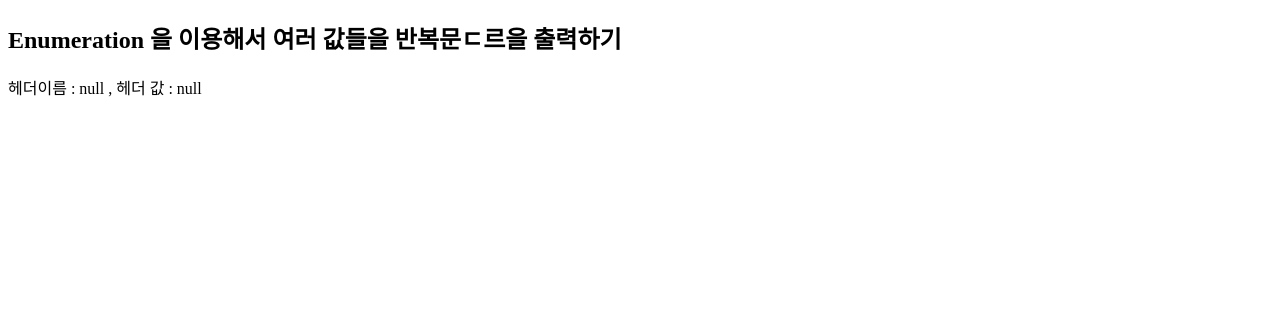
Repository: hodob/JSP_Practice
Page: http://localhost/JSP_WebMarket_JJH/ch05_ex/ex1_1.jsp
The author's editor kept a copy of each file at every save. The page is drawn from the files as they stood at one save, then again after the next save.
The browser window is 1280 px wide. The pictures show the whole page.
The page is served by Tomcat 9. Other server files are loaded and not shown.

Above is the page before, as saved 2022-08-10 02:19:39.

### JSP_WebMarket_JJH/WebContent/ch05_ex/ex1_1.jsp
<%@page import="java.util.Enumeration"%>
<%@ page language="java" contentType="text/html; charset=UTF-8"
    pageEncoding="UTF-8"%>
<!DOCTYPE html>
<html>
<head>
<meta charset="UTF-8">
<title>Insert title here</title>
</head>
<body>


<%! String headerName;
String headerValue;%>


<h2> Enumeration 을 이용해서 여러 값들을 반복문ㄷ르을 출력하기 </h2>
<%
Enumeration en =request.getHeaderNames();
while(en.hasMoreElements()){
	String headerName = (String)en.nextElement(); //nextEl -- 원소를 가져오는 것을 의미한다.
	String headerValue = (String)request.getHeader(headerName);  //키값으로 value 값 저장
}
%>
헤더이름 : <%= headerName %> , 헤더 값 : <%= headerValue %> <br>


</body>
</html>

After the next save:
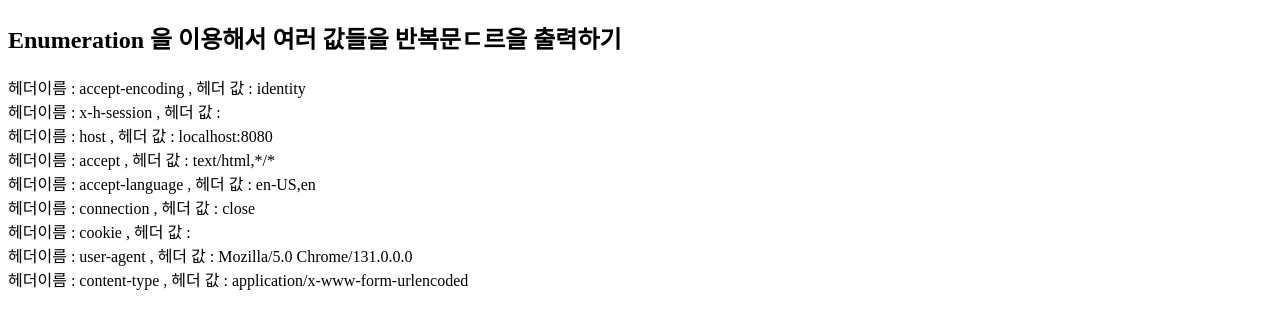
Saved 52 s later.
--- a/JSP_WebMarket_JJH/WebContent/ch05_ex/ex1_1.jsp
+++ b/JSP_WebMarket_JJH/WebContent/ch05_ex/ex1_1.jsp
@@ -9,21 +9,16 @@
 </head>
 <body>
 
-
-<%! String headerName;
-String headerValue;%>
-
-
 <h2> Enumeration 을 이용해서 여러 값들을 반복문ㄷ르을 출력하기 </h2>
 <%
 Enumeration en =request.getHeaderNames();
 while(en.hasMoreElements()){
 	String headerName = (String)en.nextElement(); //nextEl -- 원소를 가져오는 것을 의미한다.
-	String headerValue = (String)request.getHeader(headerName);  //키값으로 value 값 저장
-}
+	String headerValue = request.getHeader(headerName);  //키값으로 value 값 저장
+
 %>
 헤더이름 : <%= headerName %> , 헤더 값 : <%= headerValue %> <br>
-
+<% } %>
 
 </body>
 </html>
